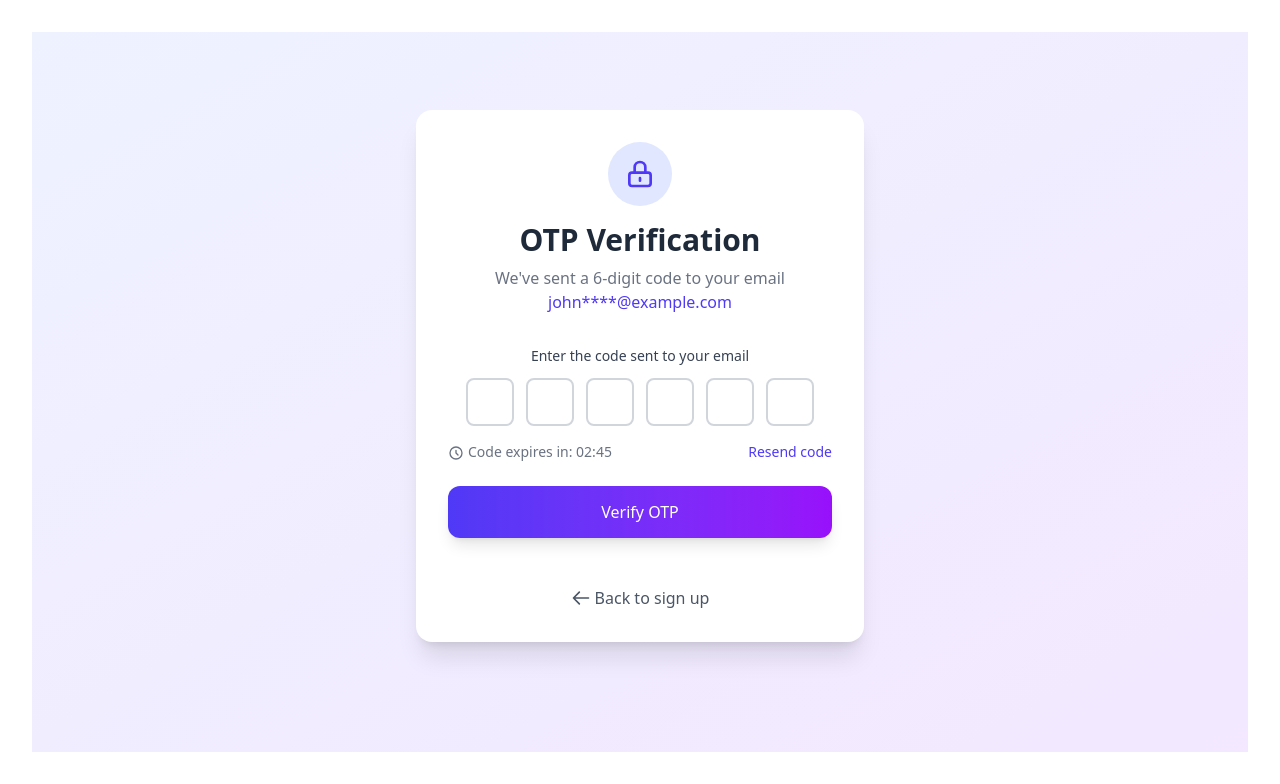
Repository: aryan151pratap/FitPanda
Page: / (app in frontened/), after clicking the first element matching `button.w-full`
An editor plug-in stored every save of this project. The page is shown before and after the next save, followed by the edit.
The browser window is 1280 px wide. The pictures show the whole page.
The project was rebuilt for these pictures with package versions that can differ from the ones it lists, and the page was loaded fresh each time. Also part of the build but not shown: frontened/vite.config.js, frontened/src/components/page_1.jsx.

Above is the page before, as saved 2025-06-04 00:34:07.

After the next save:
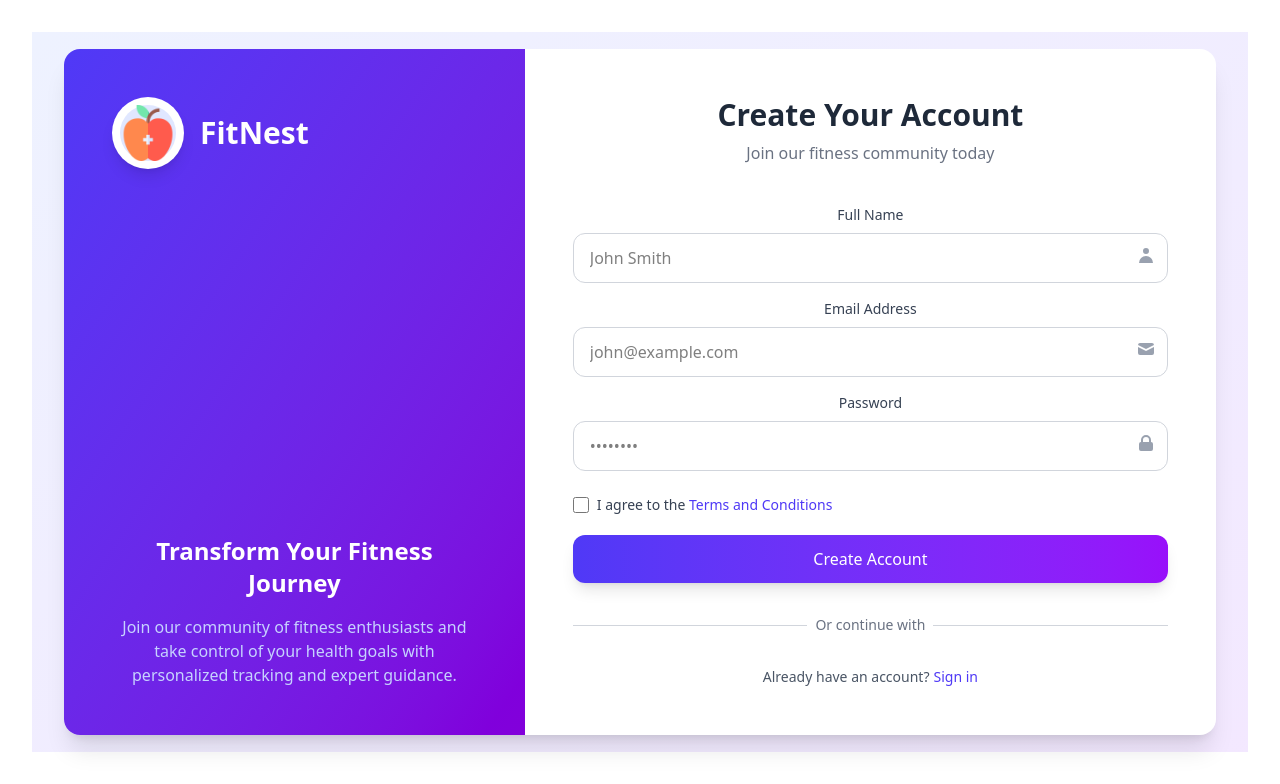
Console error: ReferenceError: res is not defined
Saved 13 s later.
--- a/frontened/src/login/sign_up.jsx
+++ b/frontened/src/login/sign_up.jsx
@@ -21,6 +21,8 @@
 				body: JSON.stringify(data), // send the data to the backend
 			});
 		}
+		const result = await res.json();
+      	console.log(result);
 		setOtp(false);
 	}
 

After the 6 saves that followed:
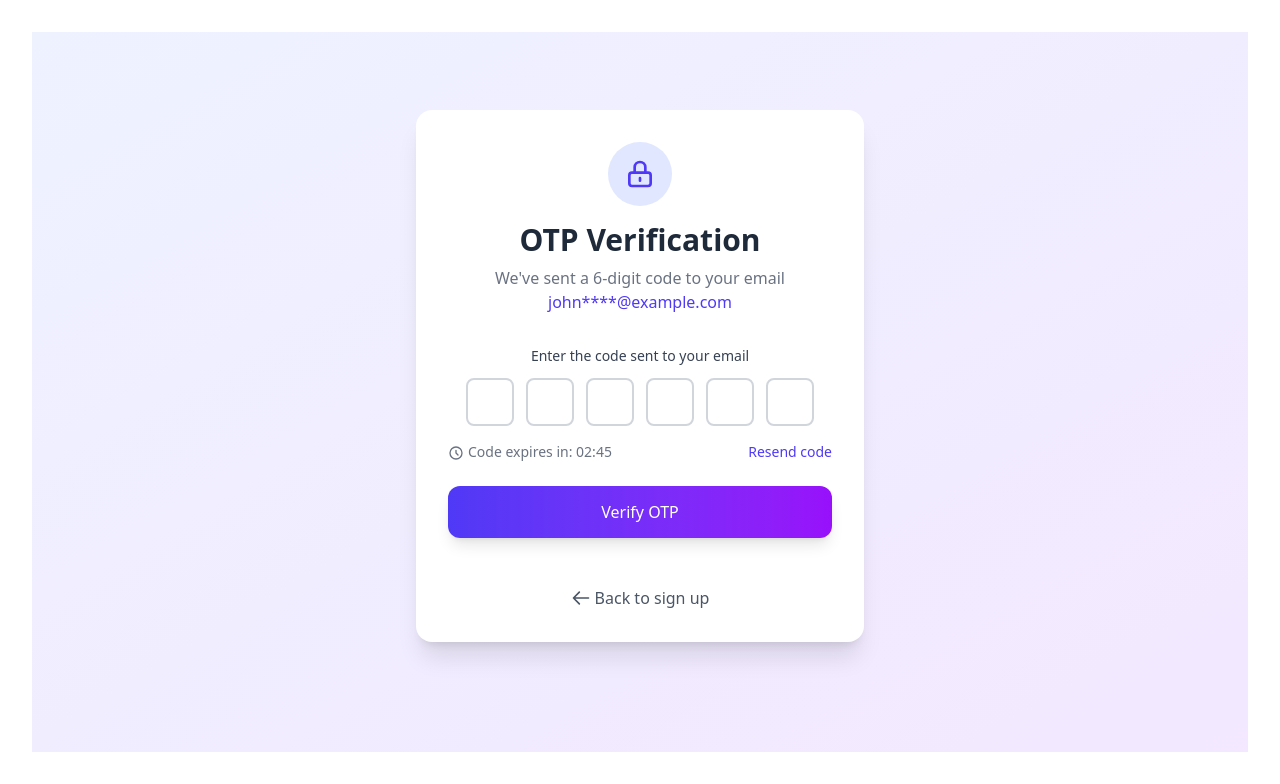
The error is gone.
The 6 saves are shown as one change because 5 left the picture as it was.
The last was saved 12 min 9 s later.
--- a/frontened/src/login/sign_up.jsx
+++ b/frontened/src/login/sign_up.jsx
@@ -3,7 +3,7 @@
 
 function Sign_up({ setOtp }) {
 
-	const apiUrl = import.meta.env.VITE_API_URL;
+	const apiUrl = import.meta.env.VITE_BACKEND_ADD;
 
 	const [data, setData] = useState({
 		username: '',
@@ -12,17 +12,23 @@
 	})
 
 	const handle_login = async function(){
-		if(data.username && data.email, data.password){
-			const res = await fetch(`${apiUrl}/your-endpoint`, {
+		if(data.username && data.email && data.password){
+			console.log(data.username , data.email , data.password);
+			const res = await fetch(`${apiUrl}/valid/login`, {
 				method: 'POST',
 				headers: {
 				'Content-Type': 'application/json',
 				},
-				body: JSON.stringify(data), // send the data to the backend
+				body: JSON.stringify(data),
 			});
+			const result = await res.json();
+			  console.log(result);
+			if (res.ok) {
+				setOtp(false);
+			} else {
+				console.error(result.message || 'Login failed');
+			}
 		}
-		const result = await res.json();
-      	console.log(result);
 		setOtp(false);
 	}
 
